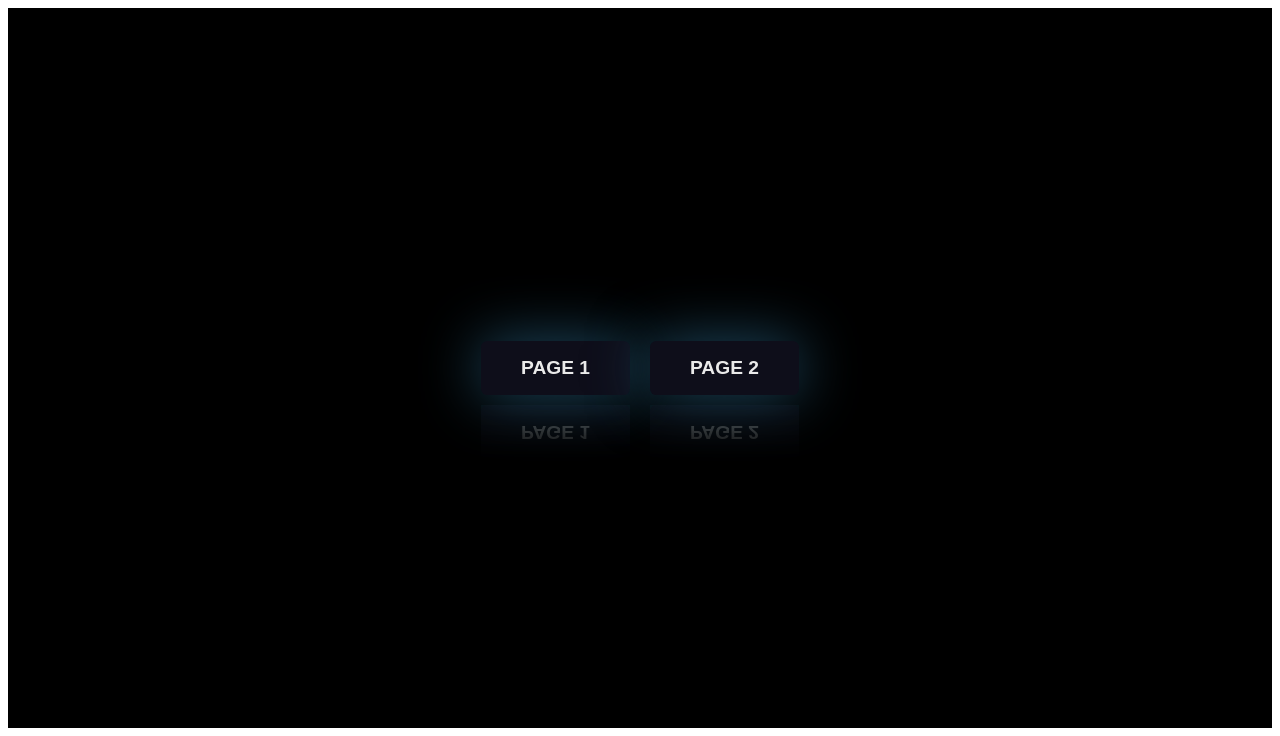
Repository: sharmisthak16/Student-Assignment
Page: / (app in my-project/)
The author's editor kept a copy of each file at every save. The page is drawn from the files as they stood at one save, then again after the next save.
The browser window is 1280 px wide. The pictures show the whole page.
The project was rebuilt for these pictures with package versions that can differ from the ones it lists, and the page was loaded fresh each time. Also part of the build but not shown: my-project/vite.config.js, my-project/src/components/firebase.js, my-project/src/components/LoginForm.css, my-project/src/components/LoginForm.jsx, my-project/src/components/Dashboard.jsx.

Above is the page before, as saved 2025-01-30 19:35:46.

### my-project/index.html
<!doctype html>
<html lang="en">
  <head>
    <meta charset="UTF-8" />

    <meta name="viewport" content="width=device-width, initial-scale=1.0" />
    <title>Assignment</title>
  </head>
  <body>
    <div id="root"></div>
    <script type="module" src="/src/main.jsx"></script>
  </body>
</html>

### my-project/src/App.jsx
import React from 'react';
import { BrowserRouter as Router, Route, Routes } from 'react-router-dom'; // Use Routes instead of Switch
import LoginForm from './components/LoginForm';
import Dashboard from './components/Dashboard'; // Create this component for the dashboard page
import Home from './Pages/Home';

function App() {
  return (
    <Router>
      <Routes>
      <Route path='/' element={<Home/>} />
        <Route path="/" element={<LoginForm />} /> {/* Use element instead of component */}
        <Route path="/dashboard" element={<Dashboard />} /> {/* Use element instead of component */}

      </Routes>
    </Router>
  );
}

export default App;

### my-project/src/Pages/Home.jsx
import React from 'react'
import HomeButtons from '../components/HomeButtons'



function Home() {
  return (
    <div>
      <HomeButtons/>

    </div>
  )
}

export default Home

### my-project/src/components/HomeButtons.jsx
import React from 'react';
import { useNavigate } from 'react-router-dom';
import './HomeButtons.css';

const HomeButtons = () => {
  const navigate = useNavigate();

  return (
    <div className="btn-container">
      <button className="btn" onClick={() => navigate('/')}>Page 1</button>
      <button className="btn">Page 2</button>
    </div>
  );
};

export default HomeButtons;

### my-project/src/components/HomeButtons.css
.btn-container {
  display: flex;
  justify-content: center;
  align-items: center;
  height: 100vh; /* Full viewport height */
  gap: 20px; /* Space between buttons */
  background-color: black;
}

.btn {
  font-size: 1.2rem;
  padding: 1rem 2.5rem;
  border: none;
  outline: none;
  border-radius: 0.4rem;
  cursor: pointer;
  text-transform: uppercase;
  background-color: rgb(14, 14, 26);
  color: rgb(234, 234, 234);
  font-weight: 700;
  transition: 0.6s;
  box-shadow: 0px 0px 60px #1f4c65;
  -webkit-box-reflect: below 10px linear-gradient(to bottom, rgba(0,0,0,0.0), rgba(0,0,0,0.4));
}

.btn:active {
  scale: 0.92;
}

.btn:hover {
  background: linear-gradient(270deg, rgba(2, 29, 78, 0.681) 0%, rgba(31, 215, 232, 0.873) 60%);
  color: rgb(4, 4, 38);
}

Loaded but not shown: my-project/src/main.jsx (common file); my-project/src/index.css (common file)

After the next save:
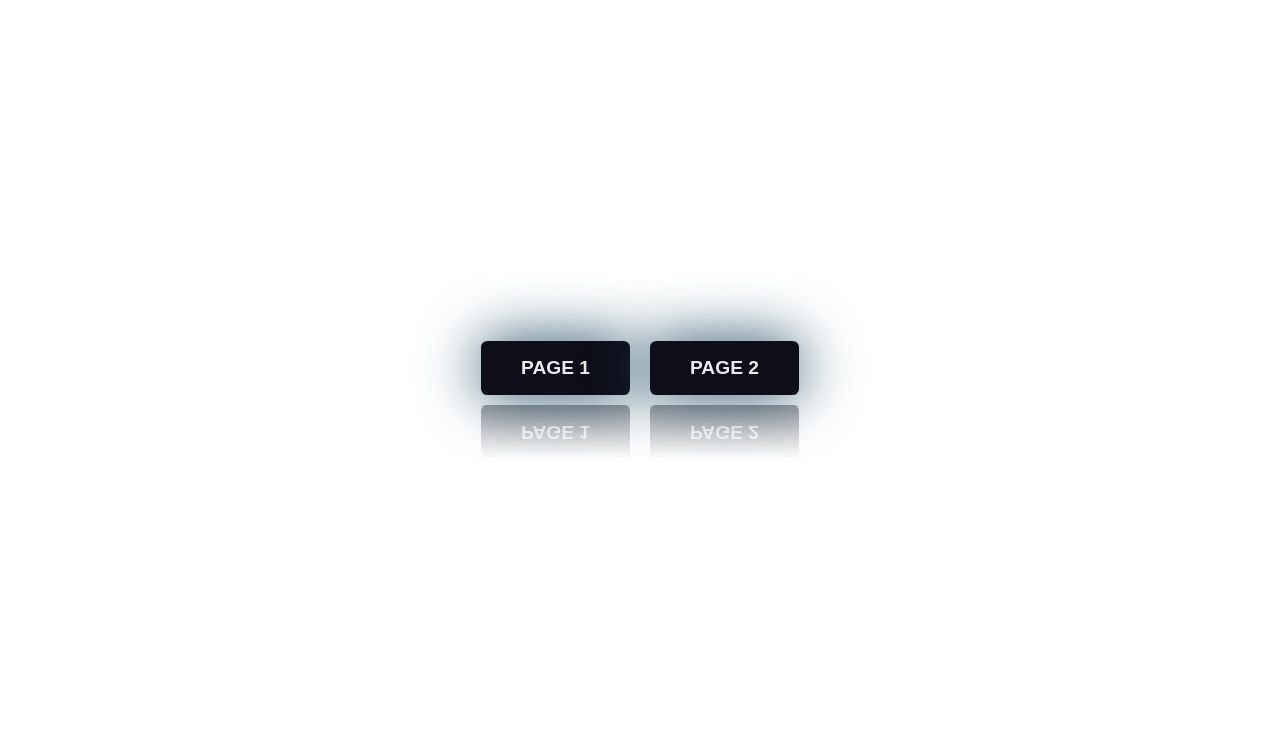
Saved 9 s later.
--- a/my-project/src/components/HomeButtons.css
+++ b/my-project/src/components/HomeButtons.css
@@ -4,7 +4,7 @@
   align-items: center;
   height: 100vh; /* Full viewport height */
   gap: 20px; /* Space between buttons */
-  background-color: black;
+  background-color: cre;
 }
 
 .btn {
